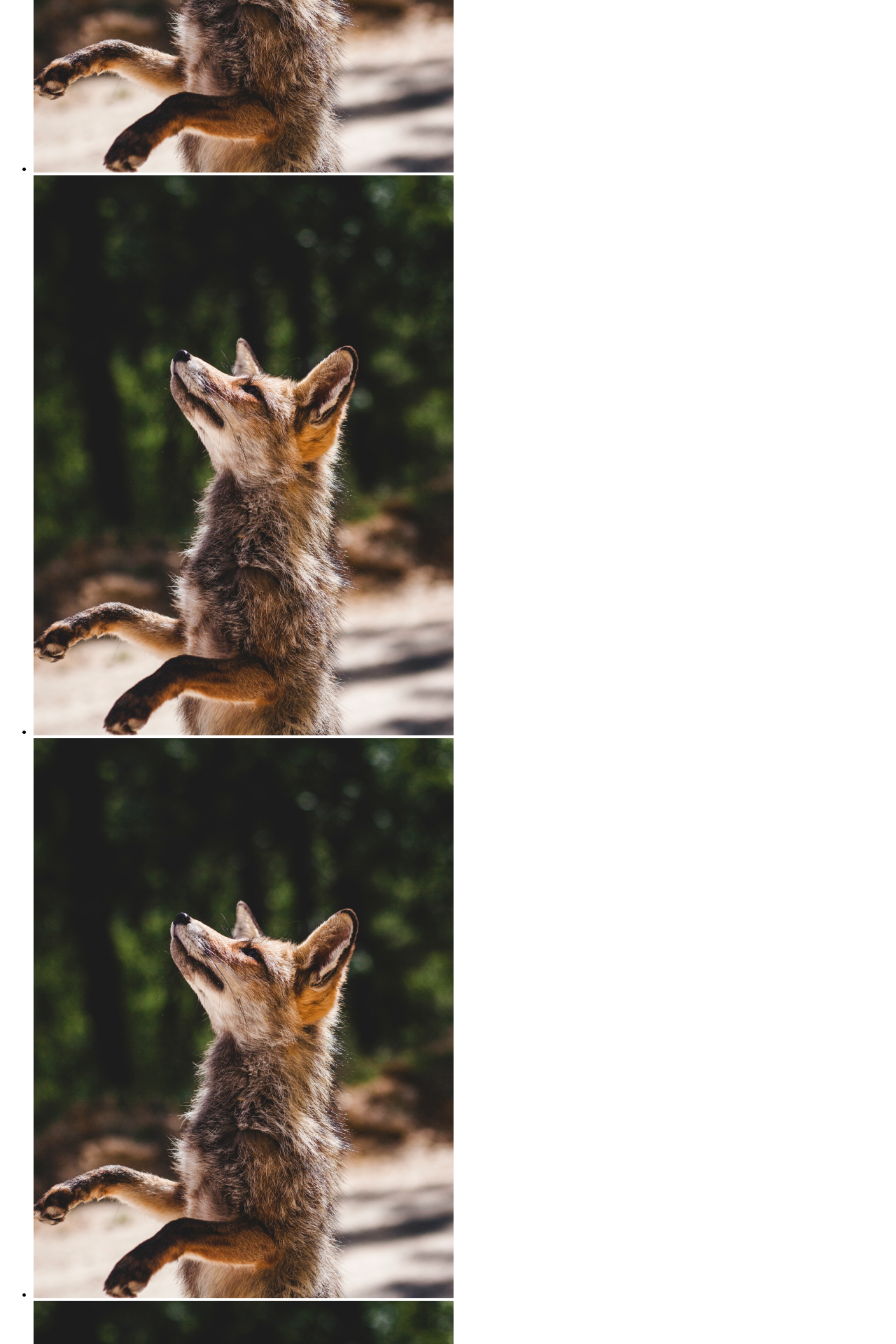
Repository: meiotera/animaisPagina
Page: index.html
An editor plug-in stored every save of this project. The page is shown before and after the next save, followed by the edit.
The browser window is 1280 px wide. The pictures show the part of the page from y = 709 to 2629 px (the page is 3387 px tall before and 4995 px after), at 70% of full size.

Above is the page before, as saved 2025-05-02 09:28:21.

### index.html
<!DOCTYPE html>
<html lang="en">

<head>
  <meta charset="UTF-8">
  <meta name="viewport" content="width=device-width, initial-scale=1.0">

  <link rel="stylesheet" href="css/style.css">
  <title>Animais</title>
</head>

<body>

  <nav>
    <ul>
      <li><a href="#animais">Animais</a></li>
      <li><a href="#faq">Faq</a></li>
      <li><a href="#contato">Contato</a></li>
      <li><a href="https://github.com/meiotera">Meu GitHub &rarr;</a></li>
    </ul>
  </nav>

  <section class="grid-section animais" id="animais">
    <h1 class="titulo">Animais Fantasticos</h1>

    <ul>
      <li><img src="./img/imagem1.jpg" alt=""></li>
      <li><img src="./img/imagem1.jpg" alt=""></li>

      <li><img src="./img/imagem1.jpg" alt=""></li>

      <li><img src="./img/imagem1.jpg" alt=""></li>


    </ul>
  </section>
  <script src="script.js"></script>
</body>

</html>

Loaded but not shown: script.js (no copy from this time; the picture is the same without it); css/style.css (no stored copy; drawn as an empty file)

After the next save:
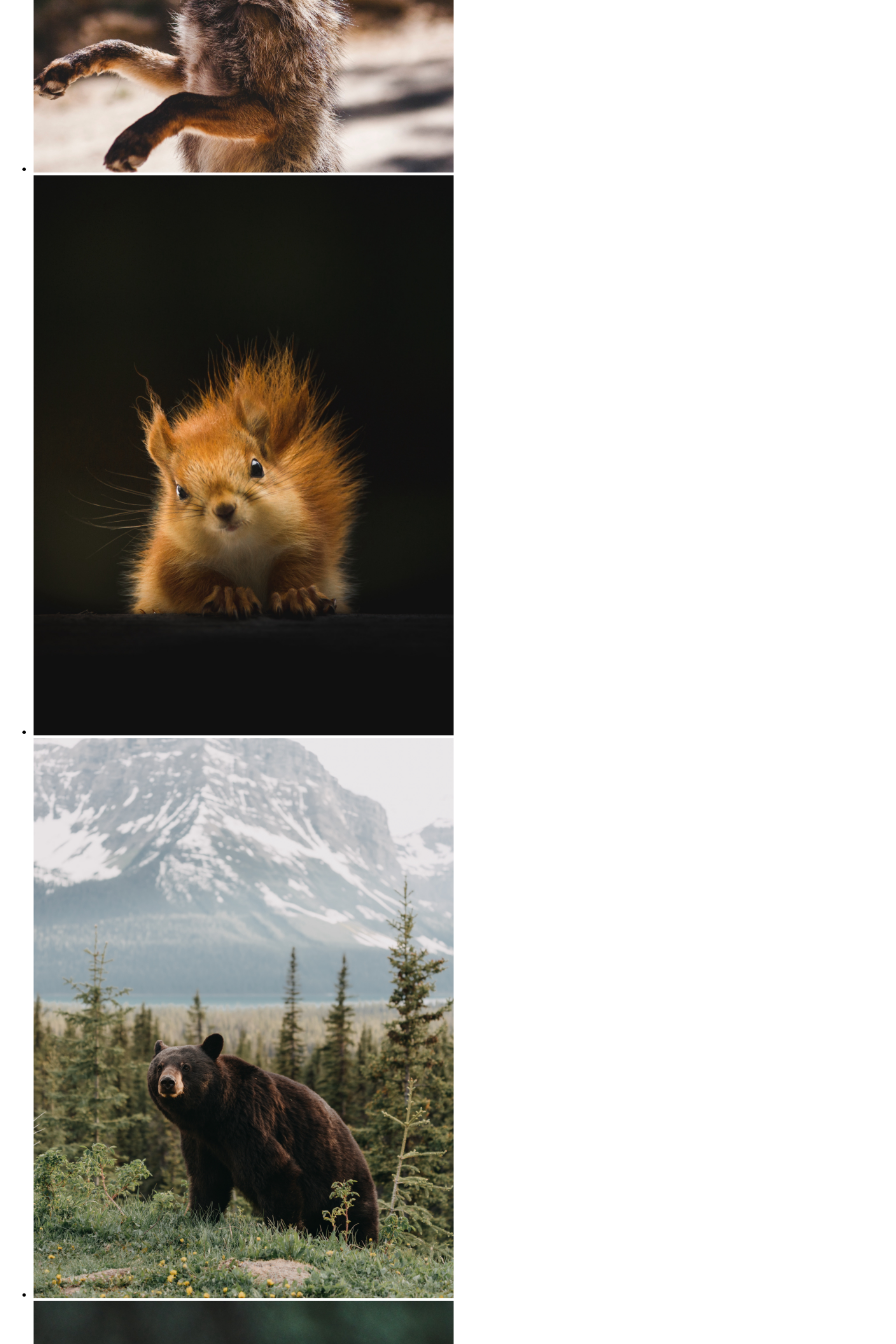
Saved 29 s later.
--- a/index.html
+++ b/index.html
@@ -25,11 +25,14 @@
 
     <ul>
       <li><img src="./img/imagem1.jpg" alt=""></li>
-      <li><img src="./img/imagem1.jpg" alt=""></li>
+      <li><img src="./img/imagem2.jpg" alt=""></li>
 
-      <li><img src="./img/imagem1.jpg" alt=""></li>
+      <li><img src="./img/imagem3.jpg" alt=""></li>
 
-      <li><img src="./img/imagem1.jpg" alt=""></li>
+      <li><img src="./img/imagem4.jpg" alt=""></li>
+      <li><img src="./img/imagem5.jpg" alt=""></li>
+      <li><img src="./img/imagem6.jpg" alt=""></li>
+
 
 
     </ul>
